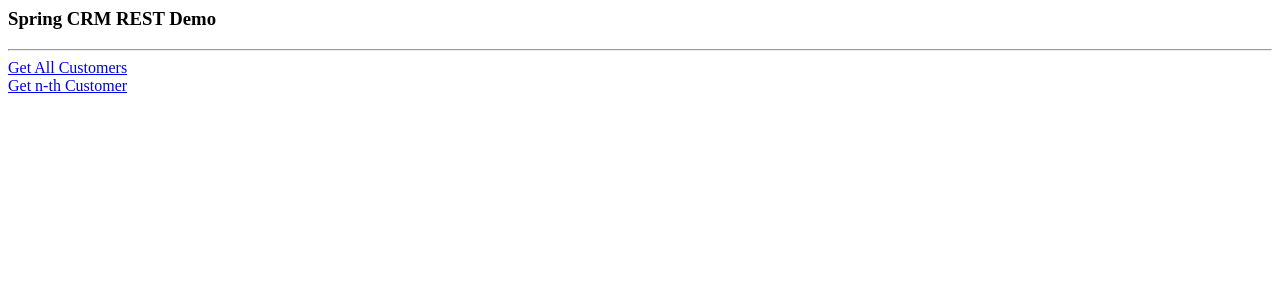
Repository: zvonimirbedi/spring_training
Page: http://localhost/spring-crm-rest-demo/
The author's editor kept a copy of each file at every save. The page is drawn from the files as they stood at one save, then again after the next save.
The browser window is 1280 px wide. The pictures show the whole page.
The page is served by Tomcat 9. Other server files are loaded and not shown.

Above is the page before, as saved 2019-12-10 14:18:16.

### spring-crm-rest-demo/src/main/webapp/index.jsp
<html>
<body>

<h3>Spring CRM REST Demo</h3>

<hr>

<a href="${pageContext.request.contextPath}/api/customers" >Get All Customers</a>
<br/>
<a href="${pageContext.request.contextPath}/api/customers" >Get n-th Customer</a>
<br/>


</body>
</html>

After the next save:
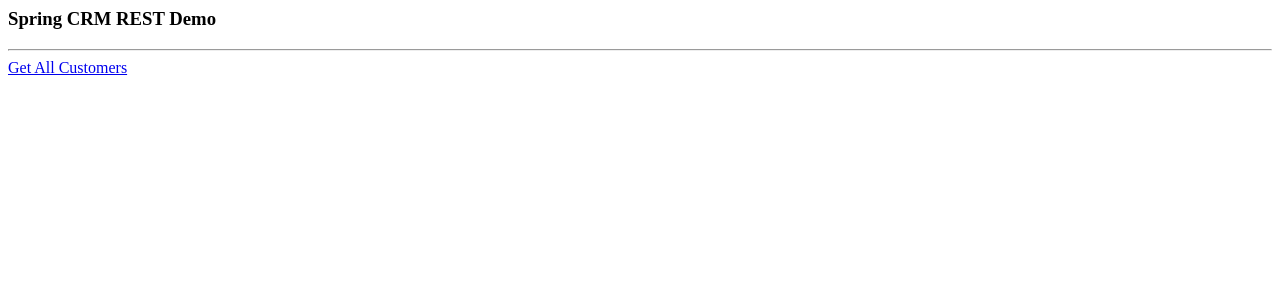
Saved 7 min 38 s later.
--- a/spring-crm-rest-demo/src/main/webapp/index.jsp
+++ b/spring-crm-rest-demo/src/main/webapp/index.jsp
@@ -7,8 +7,7 @@
 
 <a href="${pageContext.request.contextPath}/api/customers" >Get All Customers</a>
 <br/>
-<a href="${pageContext.request.contextPath}/api/customers" >Get n-th Customer</a>
-<br/>
+
 
 
 </body>
